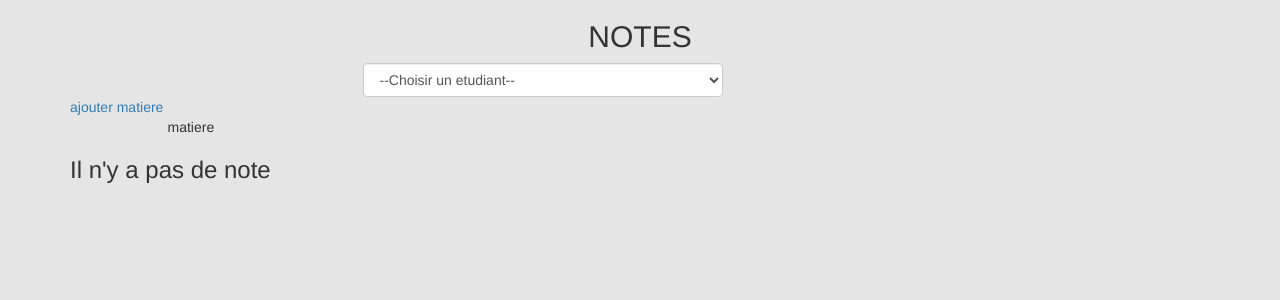
Repository: mitantsoa1/CRUD-note
Page: http://localhost/note
These files come from the project's save history. The page is drawn as it stood at one moment and after the next save; the edit follows.
The browser window is 1280 px wide. The pictures show the whole page.
The page is run by PHP 8.4 with error messages shown; the project is at /var/www/html/. The database holds what the project's SQL file puts in it.

Above is the page before, as saved 2021-02-12 12:36:24.
Console error: SyntaxError: Unexpected token '<'

After the next save:
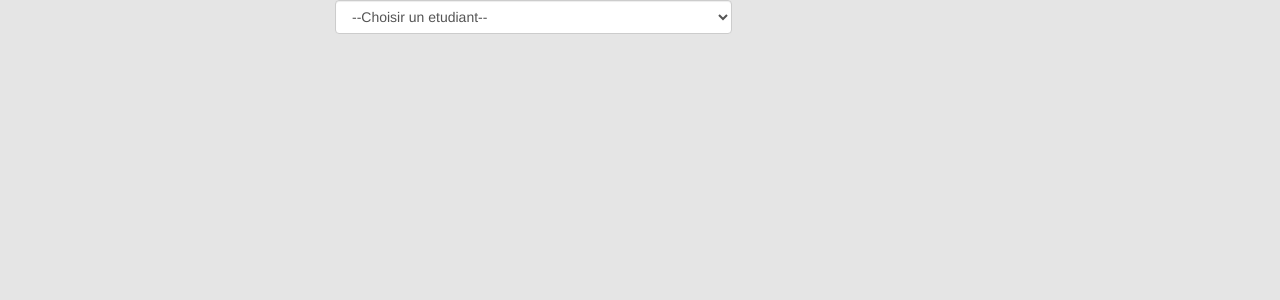
Saved 16 s later.
--- a/Controls/Controllers.class.php
+++ b/Controls/Controllers.class.php
@@ -44,7 +44,7 @@
 		}
 
 		public function note(){
-			Controllers::loadView("note.php");
+			Controllers::loadView("note2.php");
 		}
 		public function matiere(){
 			Controllers::loadView("matiere.php");
